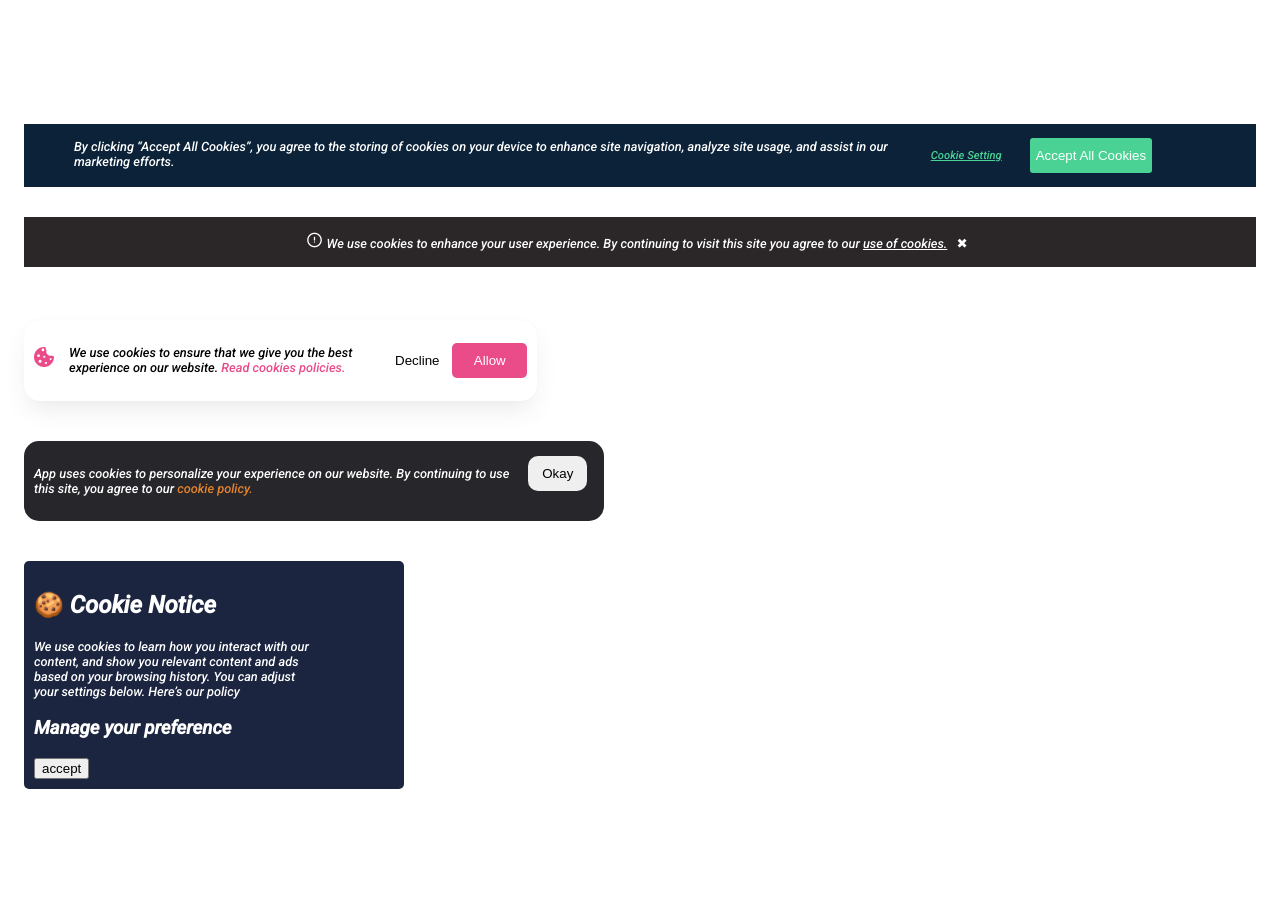
Repository: batonAnton/cursor_cookies_lectr3
Page: index.html
The author's editor kept a copy of each file at every save. The page is drawn from the files as they stood at one save, then again after the next save.
The browser window is 1280 px wide. The pictures show the whole page.

Above is the page before, as saved 2022-06-01 14:06:32.

After the next save:
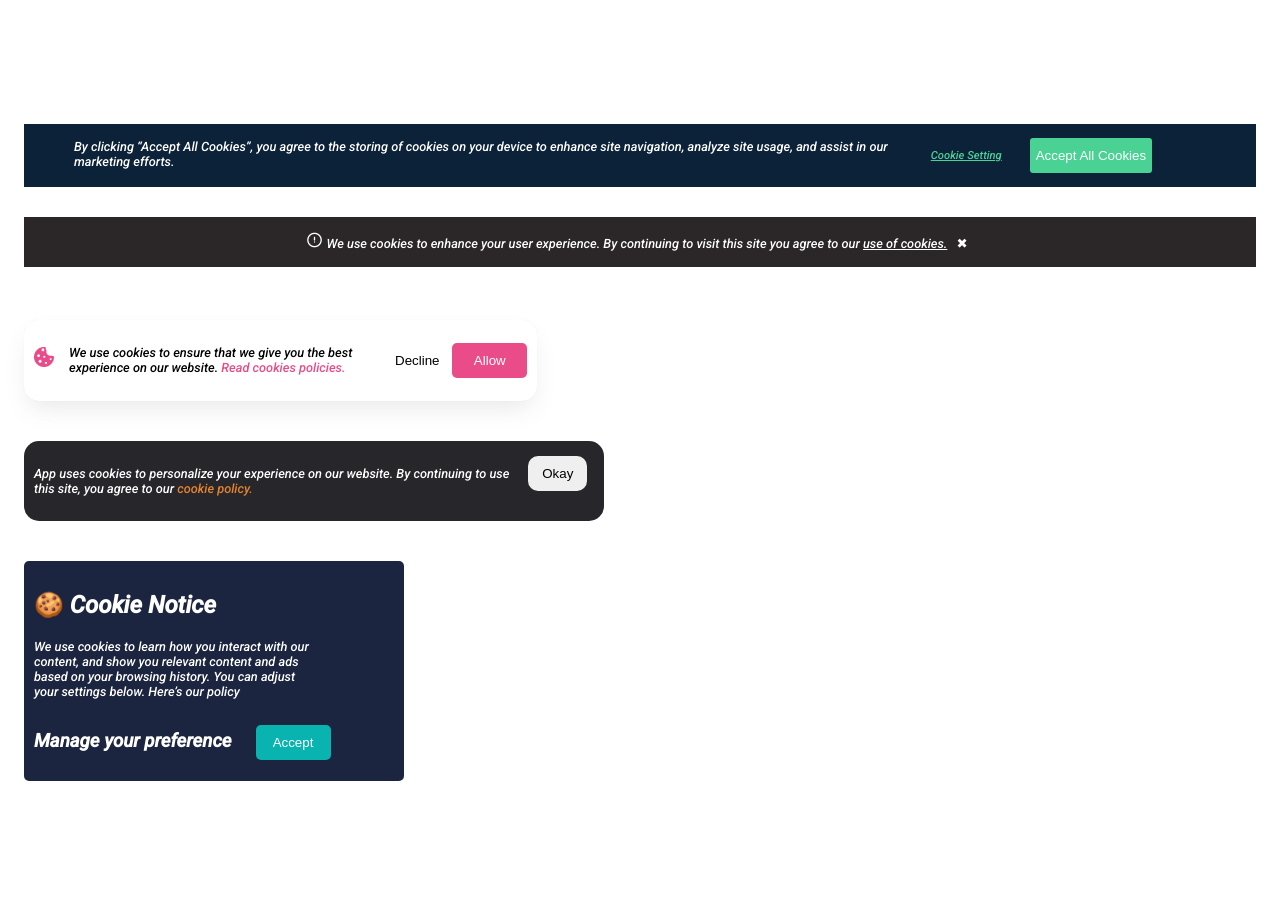
Saved 3 min 30 s later.
--- a/css/style.css
+++ b/css/style.css
@@ -121,23 +121,37 @@ p {
 
 .banner_4 a {
   display: contents;
-  color: #E6842E;
+  color: #e6842e;
 }
 
 .banner_4 button {
-    margin-left: 15px;
-    border-radius: 10px;
-    width: 59px;
-    height: 35px;
-    text-transform: capitalize;
-    border:none;
+  margin-left: 15px;
+  border-radius: 10px;
+  width: 59px;
+  height: 35px;
+  text-transform: capitalize;
+  border: none;
 }
 
+.banner_5 {
+  width: 360px;
+  background-color: #1c2540;
+  color: #ffffff;
+  padding: 10px;
+  border-radius: 5px;
+}
 
-.banner_5{
-    width: 360px;
-    background-color: #1C2540;
-    color: #ffffff;
-    padding: 10px;
-    border-radius: 5px;
+h3 {
+  display: inline-flex;
 }
+
+.banner_5 button {
+  background-color: #09b3af;
+  border-radius: 5px;
+  border: none;
+  margin-left: 20px;
+  text-transform: capitalize;
+  height: 35px;
+  width: 75px;
+  color: #ffffff;
+}
